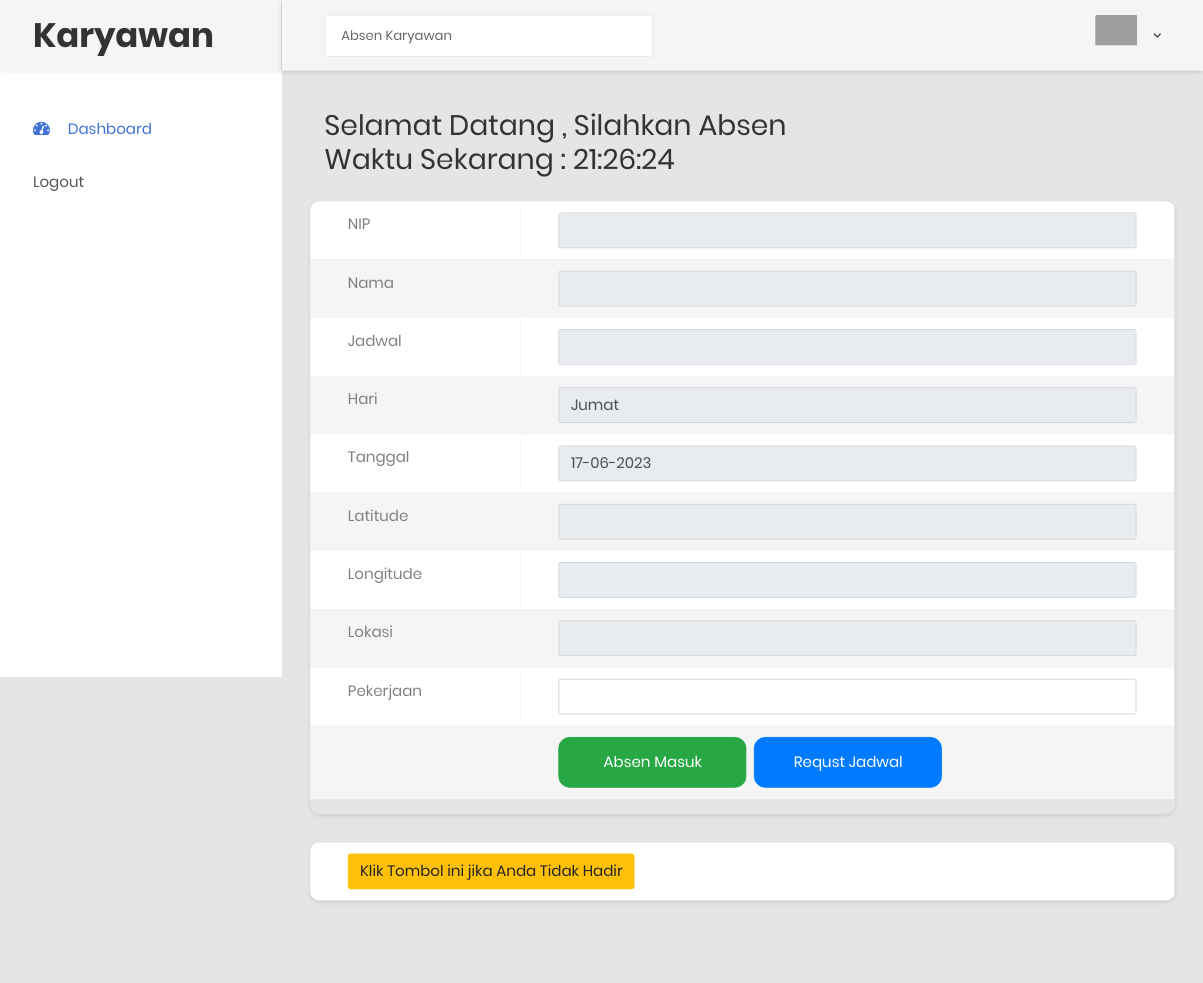
Repository: naldi23bob/Absen2
Page: http://localhost/karyawan/awal.php?m=awal
The author's editor kept a copy of each file at every save. The page is drawn from the files as they stood at one save, then again after the next save.
The browser window is 1280 px wide. The pictures show the whole page, at 94% of full size.
Pictures or frames that could not be fetched are drawn as grey boxes. Some web libraries are served in a nearby version. The page is run by PHP 8.4 with error messages shown; the project is at /var/www/html/. The database holds what the project's SQL file puts in it.

Above is the page before, as saved 2023-07-23 16:52:16.

After the next save:
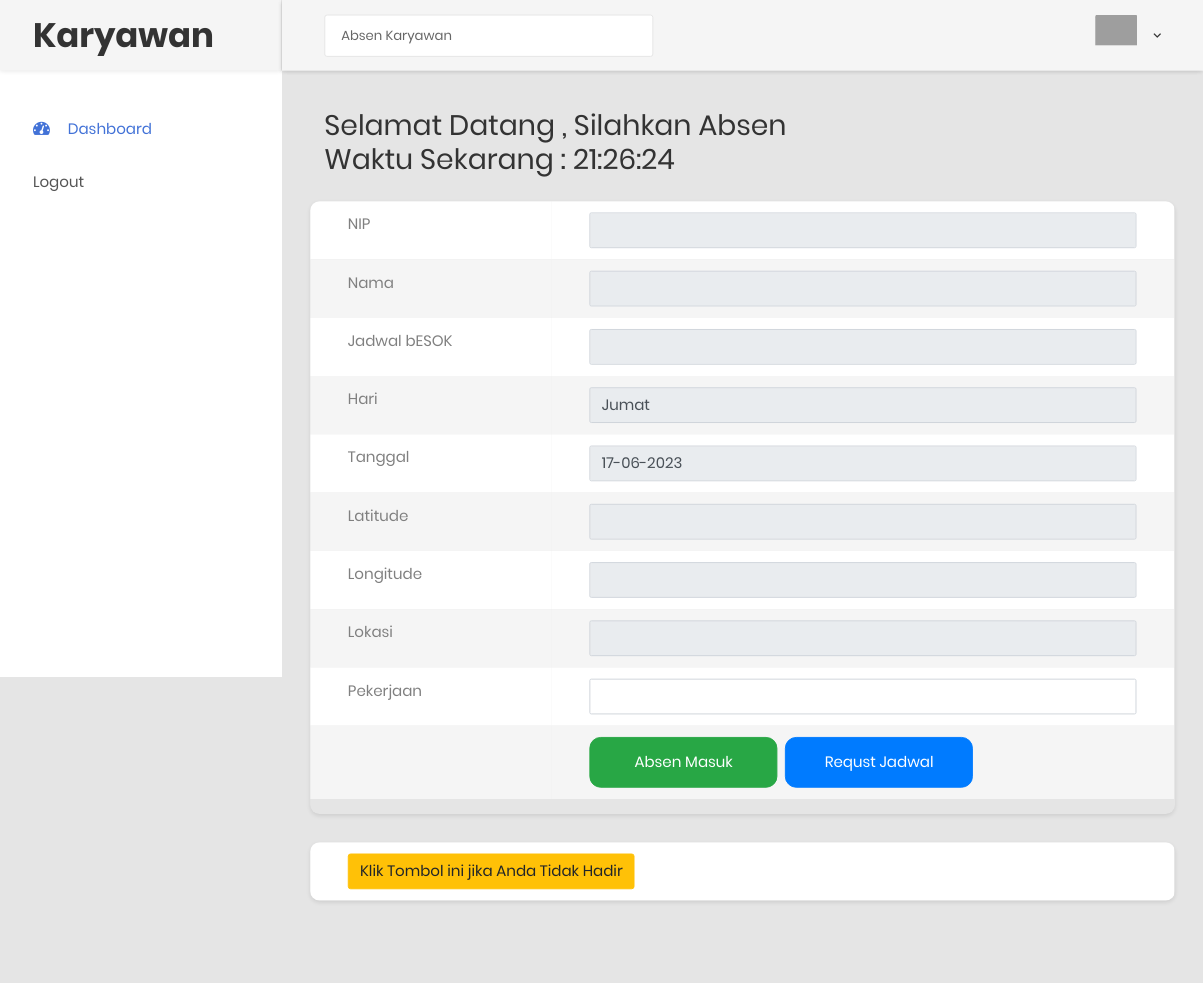
Saved 36 s later.
--- a/karyawan/awal.php
+++ b/karyawan/awal.php
@@ -242,7 +242,7 @@ include '../library.php';
                                                 <td><input type="text" class="form-control" name="nama" autocomplete="off" readonly="" value="<?php echo $_SESSION['namasi']; ?>"></td>
                                             </tr>
                                             <tr>
-                                                <td>Jadwal</td>
+                                                <td>Jadwal bESOK</td>
                                                 <td><input type="text" class="form-control" name="schedule" autocomplete="off" readonly="" value="<?php echo $_SESSION['schedulesi']; ?>"></td>
                                             </tr>
 
